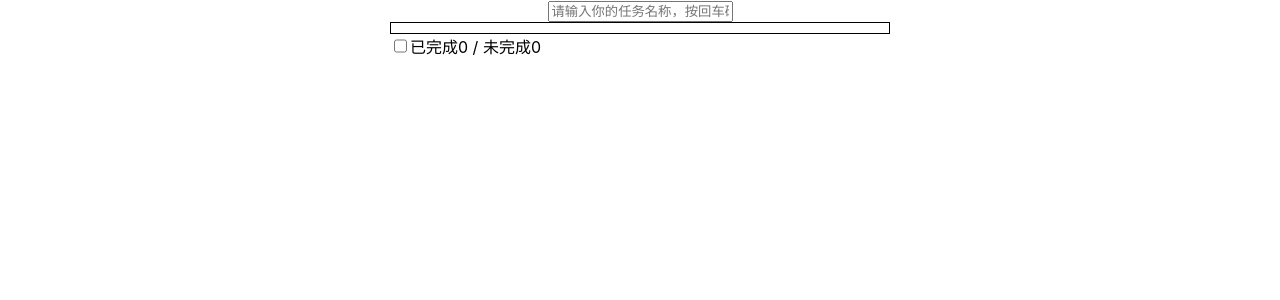
Repository: Gaays/React-todo-list
Page: /
The author's editor kept a copy of each file at every save. The page is drawn from the files as they stood at one save, then again after the next save.
The browser window is 1280 px wide. The pictures show the whole page.
The project was rebuilt for these pictures with package versions that can differ from the ones it lists, and the page was loaded fresh each time. Also part of the build but not shown: src/components/TodoItem/index.css, src/components/TodoItem/index.jsx.

Above is the page before, as saved 2022-10-17 20:52:03.

### src/App.js
import './App.scss';
import Todo from './components/Todo';

function App() {
  return (
    <div className="App">
      <Todo />
    </div>
  );
}

export default App;

### src/App.scss
.App {
  text-align: center;
  display: flex;
  flex-direction: column;
  align-items: center;
  justify-content: center;
}

.App-logo {
  height: 40vmin;
  pointer-events: none;
}

@media (prefers-reduced-motion: no-preference) {
  .App-logo {
    animation: App-logo-spin infinite 20s linear;
  }
}

.App-header {
  background-color: #282c34;
  min-height: 100vh;
  display: flex;
  flex-direction: column;
  align-items: center;
  justify-content: center;
  font-size: calc(10px + 2vmin);
  color: white;
}

.App-link {
  color: #61dafb;
}

@keyframes App-logo-spin {
  from {
    transform: rotate(0deg);
  }

  to {
    transform: rotate(360deg);
  }
}

### src/components/Todo/index.jsx
import React, { Component } from "react";
import './index.scss'
import TodoItem from '../TodoItem'


class TodoInput extends Component {
  state = {
    label: ''
  }
  handleInput = (e) => {
    this.setState({ label: e.target.value })
  }
  handleSubmit = (e) => {
    if (e.code === 'Enter') {
      this.props.submit(this.state.label)
      this.setState({ label: '' })

    }
  }
  render() {
    return (
      <div>
        <input type="text" value={this.state.label} onChange={this.handleInput} onKeyUp={this.handleSubmit} placeholder="请输入你的任务名称，按回车确认" />
      </div>
    );
  }
}

export default class Todo extends Component {
  state = {
    list: [],
    checkAll: false
  }
  addListItem = (label) => {
    const id = Number(new Date())
    let list = this.state.list.slice()
    list.unshift({ label: label, id: id, check: false })
    this.setState(() => {
      return { list: list }
    })
  }
  changeState = (id, state) => {
    const newList = this.state.list.slice()
    const item = newList.find(item => item.id === id)
    let checkAll = false
    if (item) {
      item.check = state
    }
    if (this.state.list.length > 0 && this.getUndoneCount === 0) {
      checkAll = true
    }
    this.setState(() => {
      return { list: newList, checkAll: checkAll }
    })
  }

  handleCheckAll = () => {
    const checkAllFlag = !this.state.checkAll
    const list = this.state.list.slice()
    list.forEach(item => {
      item.check = checkAllFlag
    })
    this.setState(() => {
      return { list: list, checkAll: checkAllFlag }
    })
  }

  get getDoneCount() {
    const doneCount = this.state.list.filter(item => item.check).length
    return doneCount
  }

  get getUndoneCount() {
    return this.state.list.filter(item => item.check === false).length
  }


  render() {
    const todoList = this.state.list.map((item) => {
      return <TodoItem data={item} key={item.id} changeState={this.changeState} />
    })
    return (
      <div className="todo-box">
        <TodoInput submit={this.addListItem} />
        <div className="todo-list">{todoList}</div>
        <div className="state-box">
          <input type="checkbox" checked={this.state.checkAll} onChange={this.handleCheckAll} />
          <div>已完成{this.getDoneCount} / 未完成{this.getUndoneCount}</div>
        </div>
      </div>
    )
  }
}

### src/components/Todo/index.scss


.todo-box {
  width: 500px;

  text-align: center;

  .todo-list {
    border: 1px solid #000;
    min-height: 10px
  }

  .state-box {
    display: flex;
  }
}

Loaded but not shown: public/index.html (common file); src/index.js (common file); src/index.css (common file); src/reportWebVitals.js (common file)

After the next save:
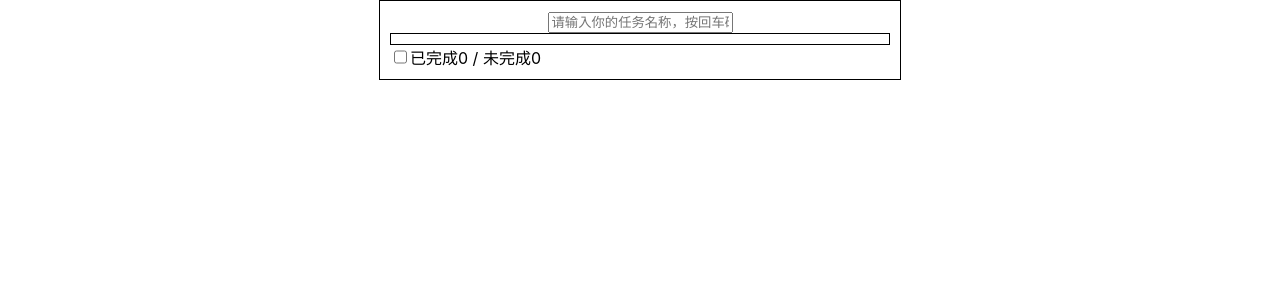
Saved 3 min 38 s later.
--- a/src/components/Todo/index.scss
+++ b/src/components/Todo/index.scss
@@ -1,8 +1,9 @@
-
-
 .todo-box {
   width: 500px;
 
+
+  border: 1px solid #000;
+  padding: 10px;
   text-align: center;
 
   .todo-list {
